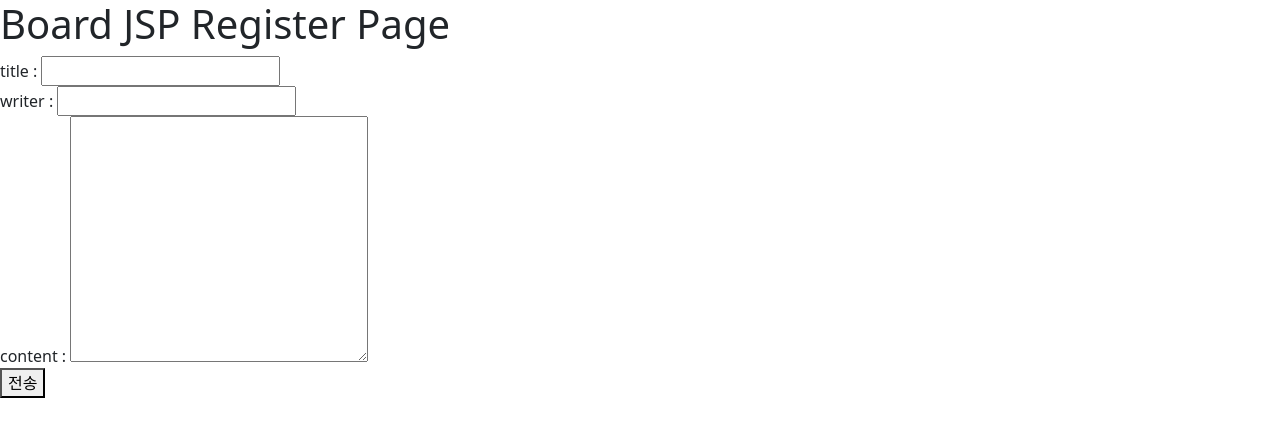
Repository: dlfhrrl12/jsptest
Page: http://localhost/jsp_study2/board/register.jsp
An editor plug-in stored every save of this project. The page is shown before and after the next save, followed by the edit.
The browser window is 1280 px wide. The pictures show the whole page.
The page is served by Tomcat 9. Other server files are loaded and not shown.

Above is the page before, as saved 2024-04-16 08:38:30.

### jsp_study2/src/main/webapp/board/register.jsp
<%@ page language="java" contentType="text/html; charset=UTF-8"
    pageEncoding="UTF-8"%>
<!DOCTYPE html>
<html>
<head>
<meta charset="UTF-8">
<title>Insert title here</title>
<link href="https://cdn.jsdelivr.net/npm/bootstrap@5.3.3/dist/css/bootstrap.min.css" rel="stylesheet" integrity="sha384-QWTKZyjpPEjISv5WaRU9OFeRpok6YctnYmDr5pNlyT2bRjXh0JMhjY6hW+ALEwIH" crossorigin="anonymous">
<script src="https://cdn.jsdelivr.net/npm/bootstrap@5.3.3/dist/js/bootstrap.bundle.min.js" integrity="sha384-YvpcrYf0tY3lHB60NNkmXc5s9fDVZLESaAA55NDzOxhy9GkcIdslK1eN7N6jIeHz" crossorigin="anonymous"></script>

</head>
<body>
<h1>Board JSP Register Page</h1>
	<form action="/brd/insert" method="post">
		title : <input type="text" name="title"> <br>
		writer : <input type="text" name="writer"> <br>
		content : <textarea rows="10" cols="30" name="content"></textarea> <br>
		<button type="submit">전송</button>
	</form>
</body>
</html>

After the next save:
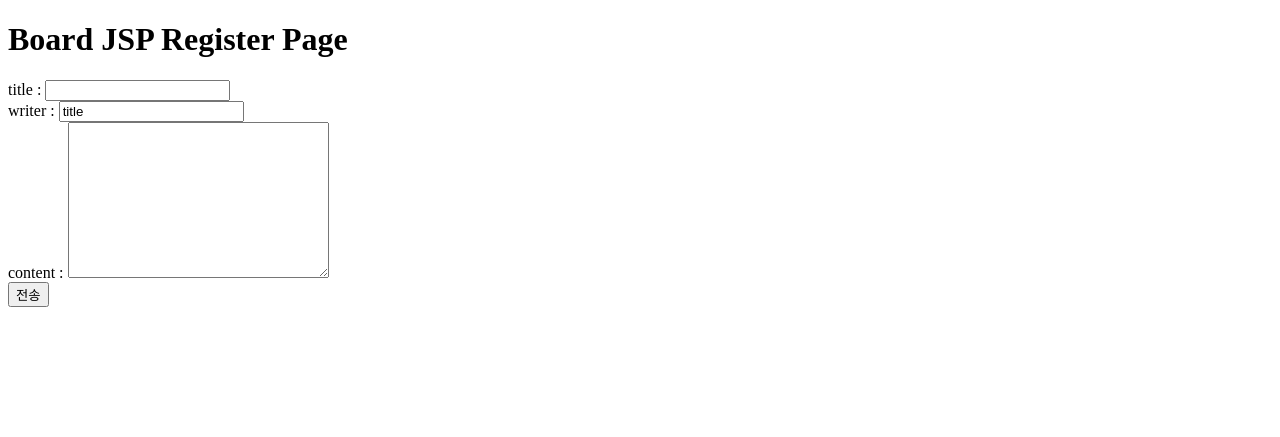
Saved 21 s later.
--- a/jsp_study2/src/main/webapp/board/register.jsp
+++ b/jsp_study2/src/main/webapp/board/register.jsp
@@ -5,15 +5,12 @@
 <head>
 <meta charset="UTF-8">
 <title>Insert title here</title>
-<link href="https://cdn.jsdelivr.net/npm/bootstrap@5.3.3/dist/css/bootstrap.min.css" rel="stylesheet" integrity="sha384-QWTKZyjpPEjISv5WaRU9OFeRpok6YctnYmDr5pNlyT2bRjXh0JMhjY6hW+ALEwIH" crossorigin="anonymous">
-<script src="https://cdn.jsdelivr.net/npm/bootstrap@5.3.3/dist/js/bootstrap.bundle.min.js" integrity="sha384-YvpcrYf0tY3lHB60NNkmXc5s9fDVZLESaAA55NDzOxhy9GkcIdslK1eN7N6jIeHz" crossorigin="anonymous"></script>
-
 </head>
 <body>
 <h1>Board JSP Register Page</h1>
 	<form action="/brd/insert" method="post">
 		title : <input type="text" name="title"> <br>
-		writer : <input type="text" name="writer"> <br>
+		writer : <input type="text" name="writer" value="title" readonly="readonly" > <br>
 		content : <textarea rows="10" cols="30" name="content"></textarea> <br>
 		<button type="submit">전송</button>
 	</form>
